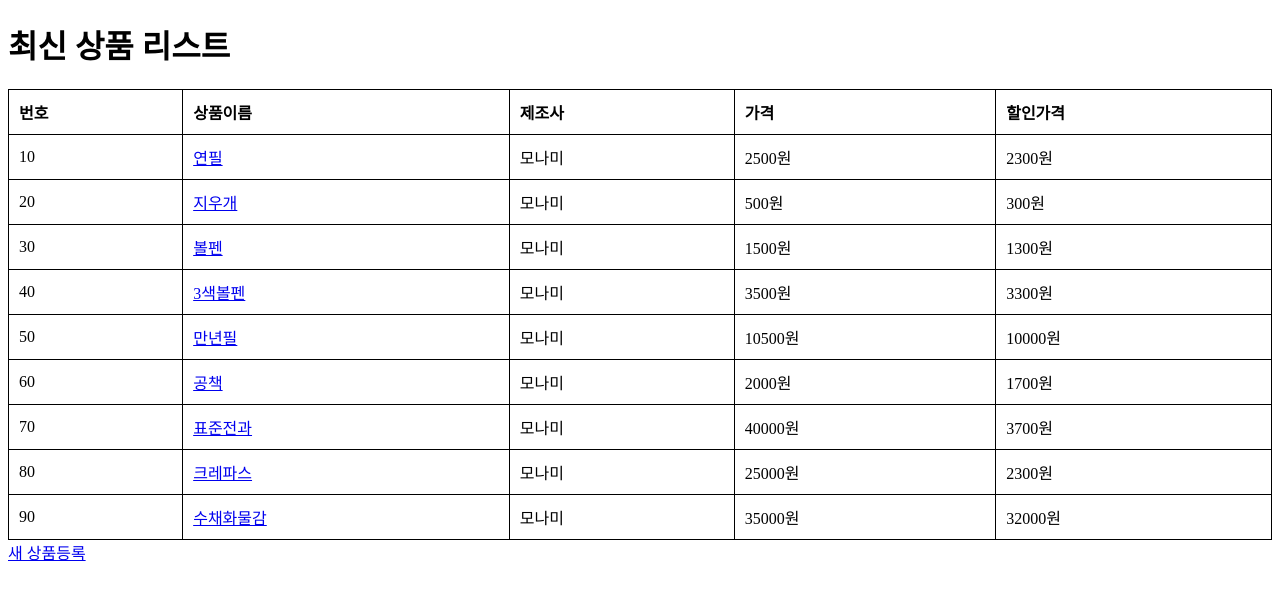
Repository: benpark0613/basic
Page: http://localhost/sample/product/list.jsp
These files come from the project's save history. The page is drawn as it stood at one moment and after the next save; the edit follows.
The browser window is 1280 px wide. The pictures show the whole page.
The page is served by Tomcat 9.

Above is the page before, as saved 2021-11-10 01:19:14.

After the next save:
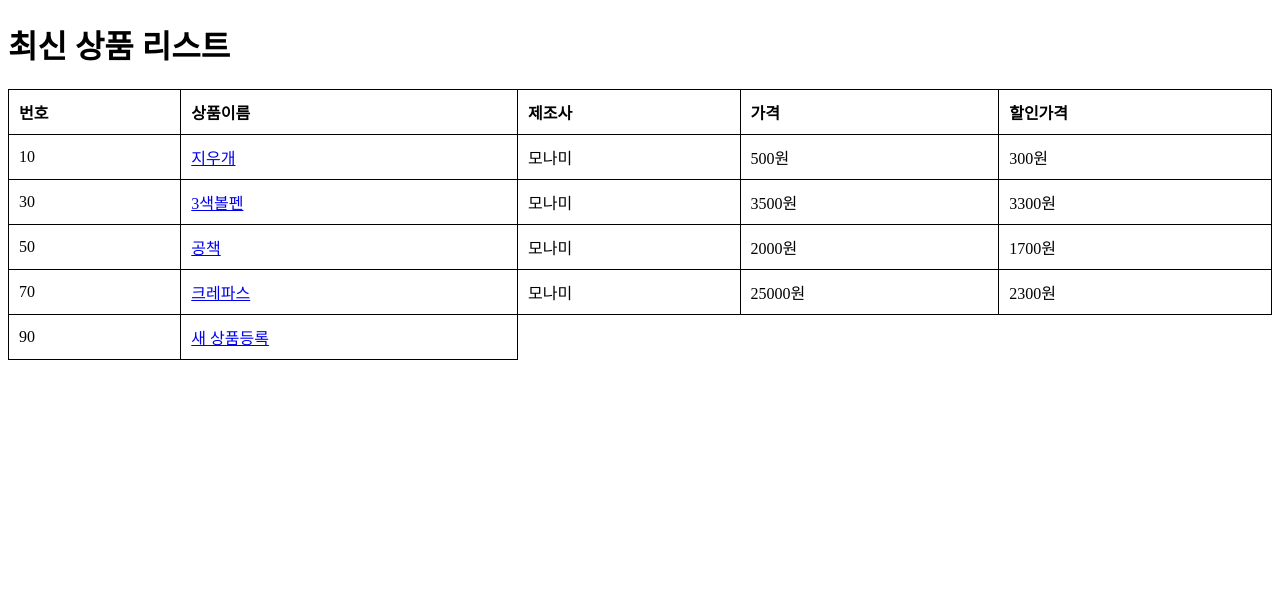
Saved 19 min 40 s later.
--- a/HR_app/sample/src/main/webapp/product/list.jsp
+++ b/HR_app/sample/src/main/webapp/product/list.jsp
@@ -52,7 +52,7 @@
 	%>
 			<tr>
 				<td><%=product.getNo() %></td>
-				<td><a href="detail.jsp"><%=product.getName() %></a></td>
+				<td><a href="detail.jsp><%=product.getName() %></a></td>
 				<td><%=product.getMaker() %></td>
 				<td><%=product.getPrice() %>원</td>
 				<td><%=product.getDiscountPrice() %>원</td>

After the save that followed:
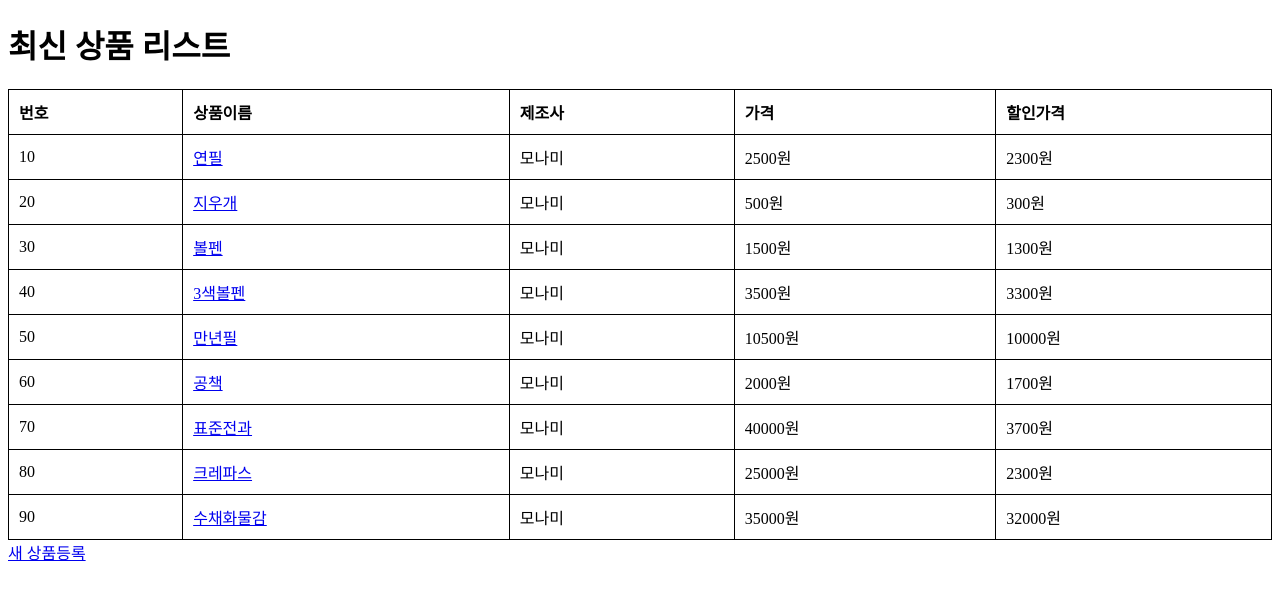
Saved 88 s later.
--- a/HR_app/sample/src/main/webapp/product/list.jsp
+++ b/HR_app/sample/src/main/webapp/product/list.jsp
@@ -52,7 +52,7 @@
 	%>
 			<tr>
 				<td><%=product.getNo() %></td>
-				<td><a href="detail.jsp><%=product.getName() %></a></td>
+				<td><a href="detail.jsp?no<%=product.getNo() %>"><%=product.getName() %></a></td>
 				<td><%=product.getMaker() %></td>
 				<td><%=product.getPrice() %>원</td>
 				<td><%=product.getDiscountPrice() %>원</td>
